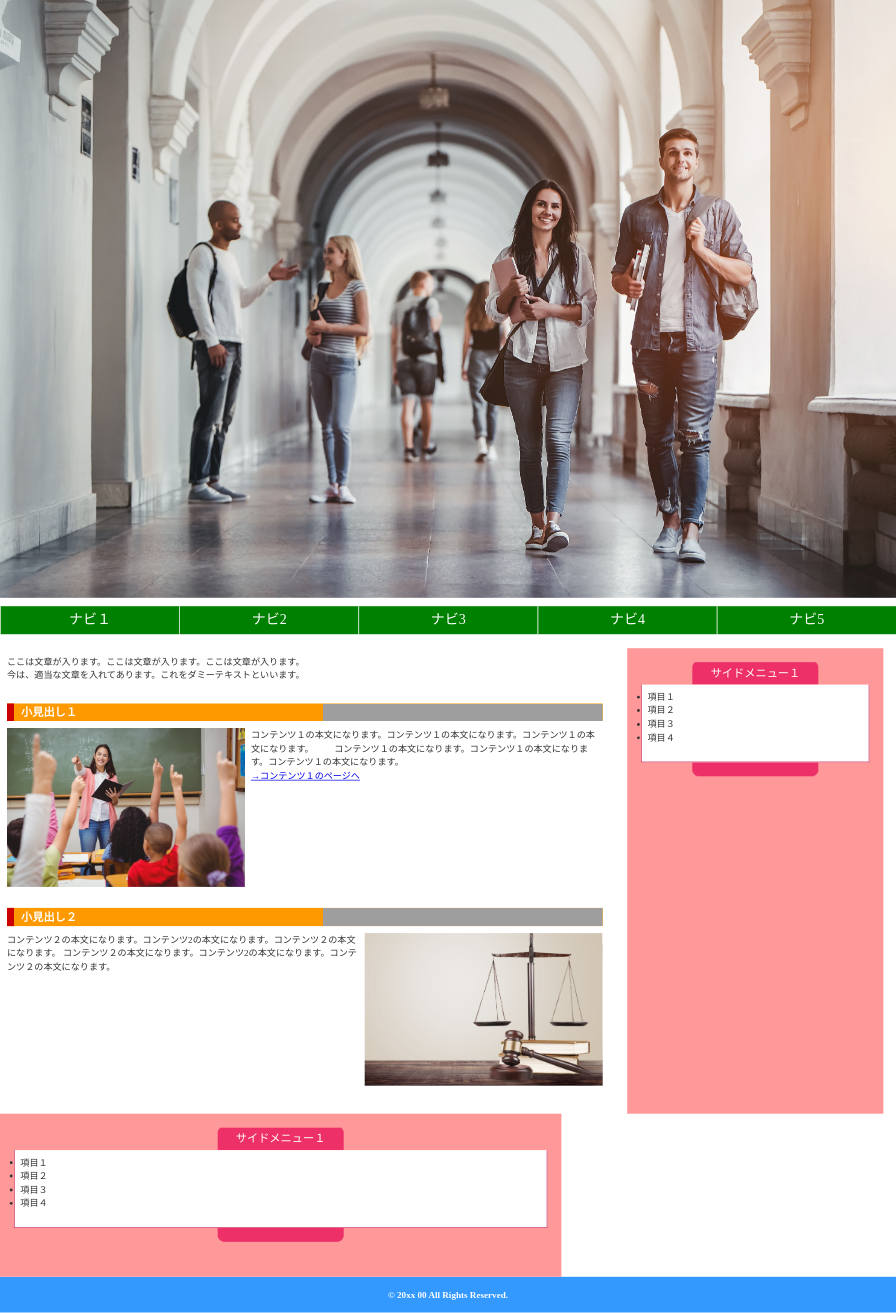
Repository: TakashiYamaguchi2021/samurai_HTML-CSS
Page: home.html
The author's editor kept a record of every edit. The page is drawn from the files as they stood at one moment, then again after the next edit.
The browser window is 1280 px wide. The pictures show the whole page, at 70% of full size.
Pictures or frames that could not be fetched are drawn as grey boxes.

Above is the page before.

After the next edit:
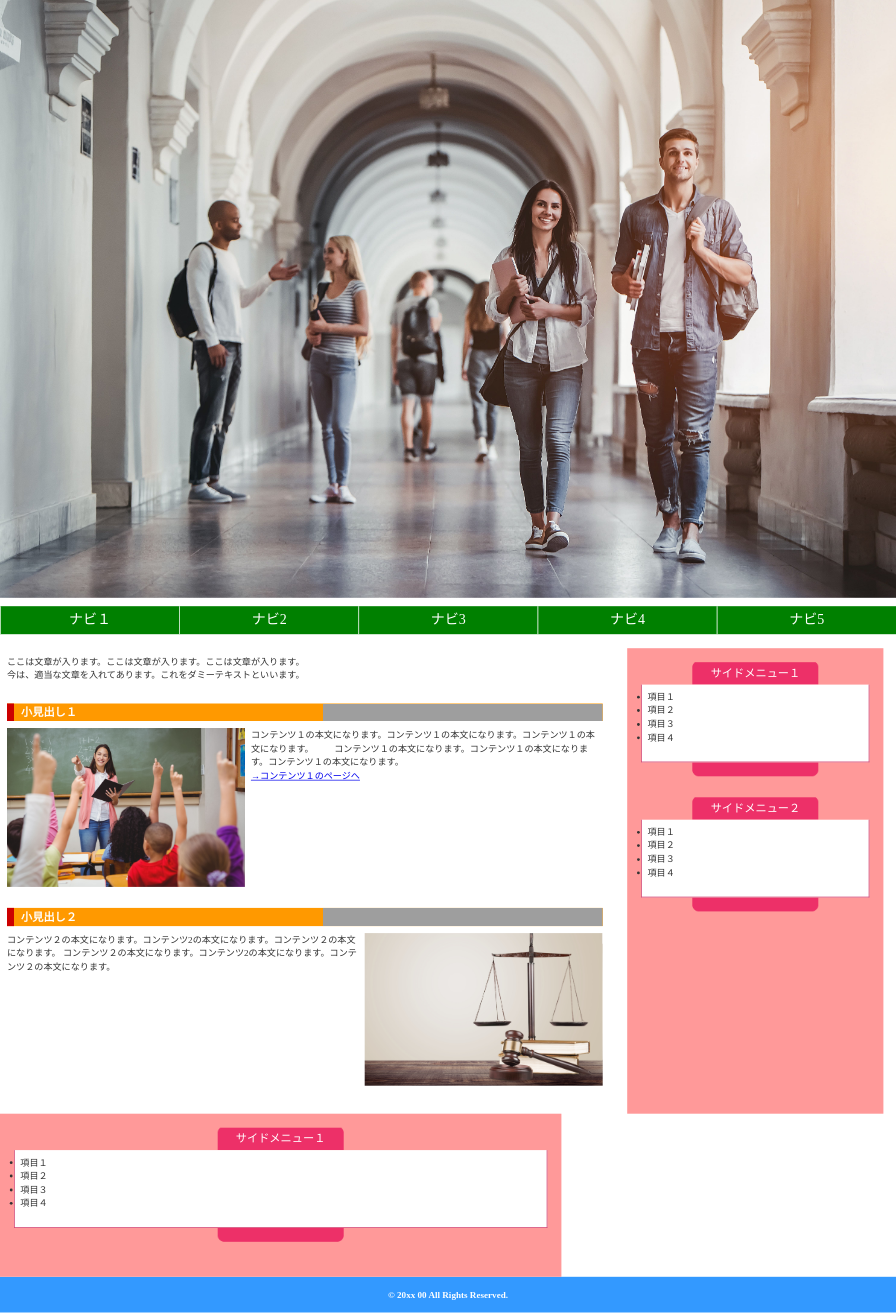
The edit:
--- a/home.html
+++ b/home.html
@@ -54,6 +54,17 @@
                                     </ul>
                                 </div>
                             </div>
+                            <div class="box">
+                                <h2>サイドメニュー２</h2>
+                                <div class="boxBody">
+                                    <ul>
+                                        <li>項目１</li>
+                                        <li>項目２</li>
+                                        <li>項目３</li>
+                                        <li>項目４</li>
+                                    </ul>
+                                </div>
+                            </div>
                         </div>
                 </<div>
                     <div id="side">
